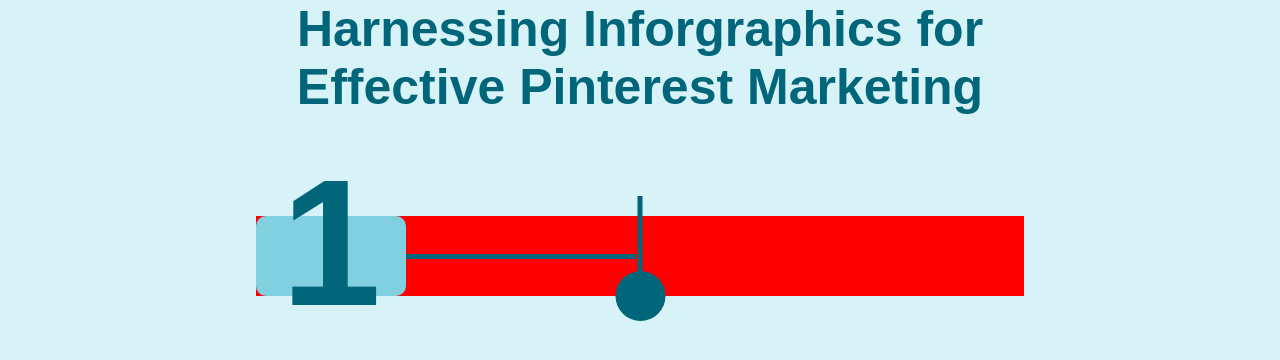
Repository: ayushrajput545/InforGraphic-page
Page: index.html
The author's editor kept a copy of each file at every save. The page is drawn from the files as they stood at one save, then again after the next save.
The browser window is 1280 px wide. The pictures show the whole page.
Some web fonts or font styles are not loaded; a fallback is used.

Above is the page before, as saved 2025-04-01 22:40:33.

After the next save:
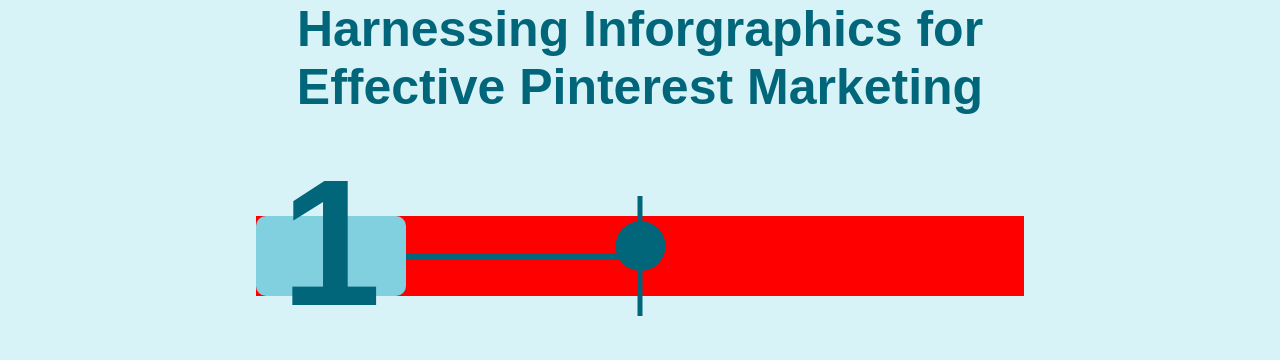
Saved 8 s later.
--- a/style.css
+++ b/style.css
@@ -68,7 +68,7 @@
     position: absolute;
     left: 50%;
     transform: translate(-50%, -50%); /* Ensures proper overlap */
-    top: 100px; /* Places it at the intersection */
+    top: 50px; /* Places it at the intersection */
 }
 
 
